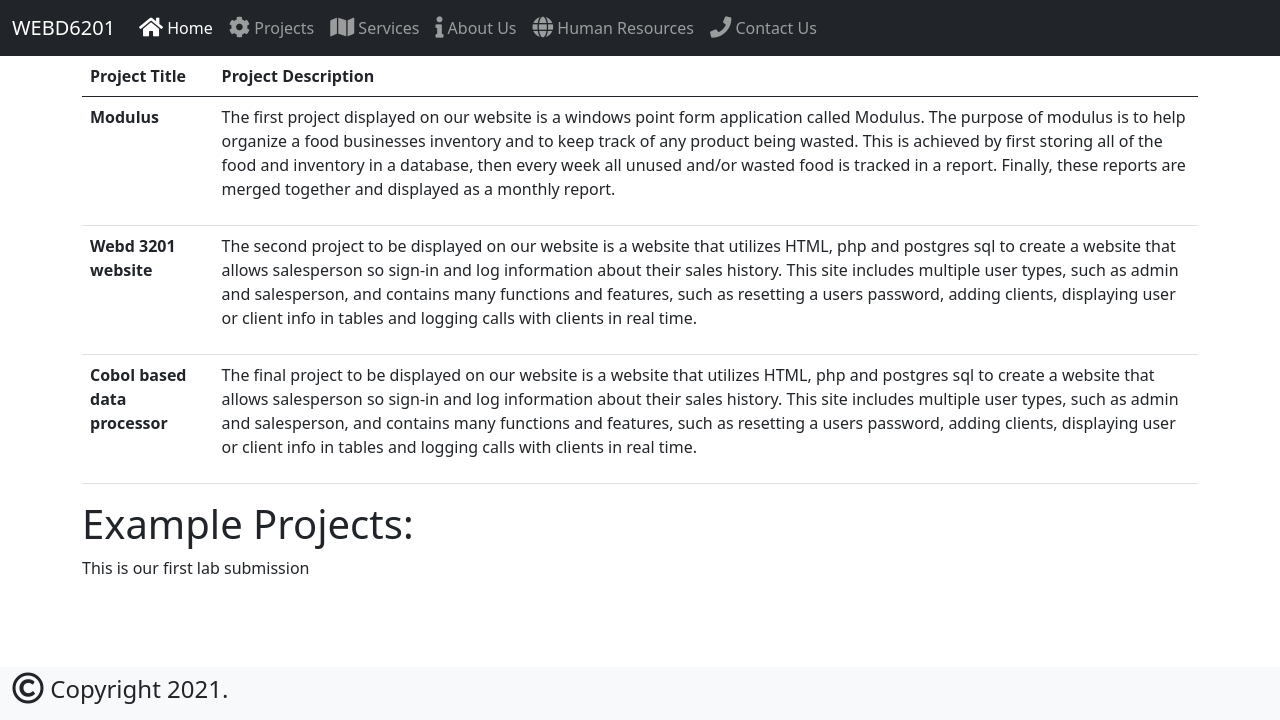
Repository: Sub4Sub/Lab_1
Page: products.html
An editor plug-in stored every save of this project. The page is shown before and after the next save, followed by the edit.
The browser window is 1280 px wide. The pictures show the whole page.

Above is the page before, as saved 2021-02-05 16:25:22.

After the next save:
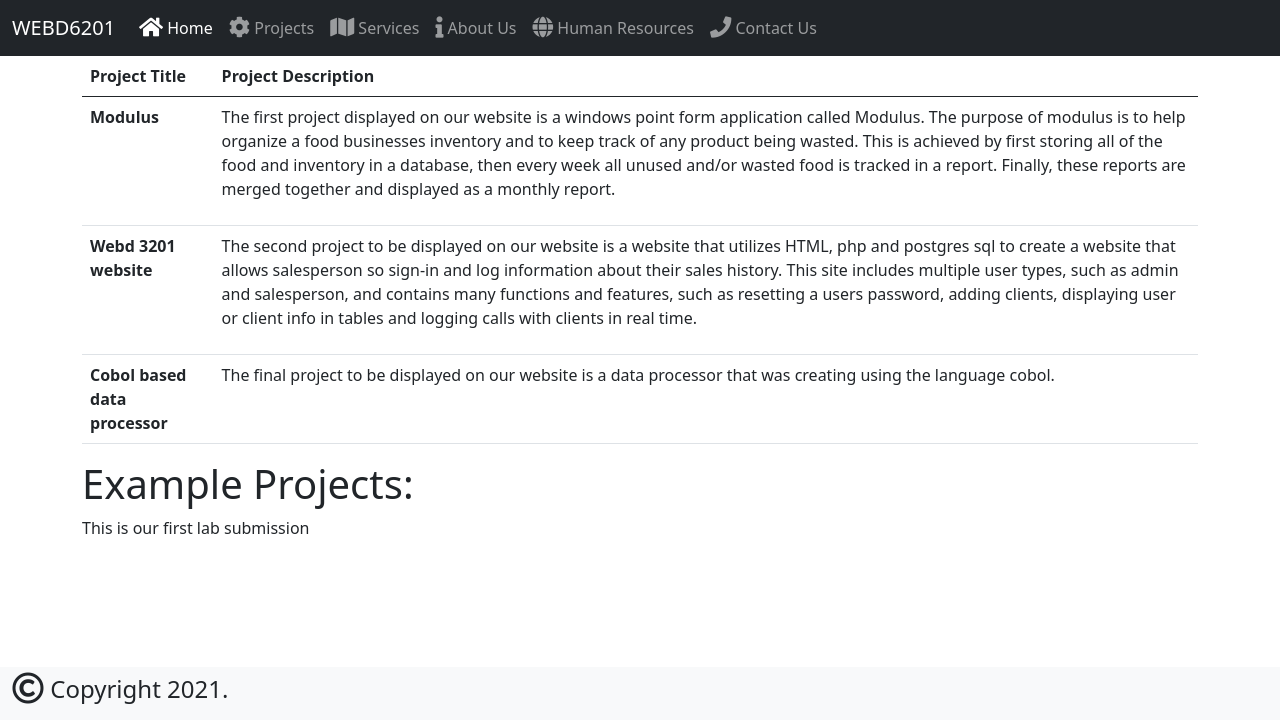
Saved 7 min 2 s later.
--- a/products.html
+++ b/products.html
@@ -48,10 +48,7 @@
             <th scope="row">Cobol based data processor</th>
             <td>
               <p>
-                The final project to be displayed on our website is a website that utilizes HTML, php and postgres sql to create a website that
-                 allows salesperson so sign-in and log information about their sales history. This site includes multiple user types, such as admin
-                 and salesperson, and contains many functions and features, such as resetting a users password, adding clients, displaying user or client info in tables and
-                 logging calls with clients in real time.
+                The final project to be displayed on our website is a data processor that was creating using the language cobol.
               </p>
             </td>
           </tr>
